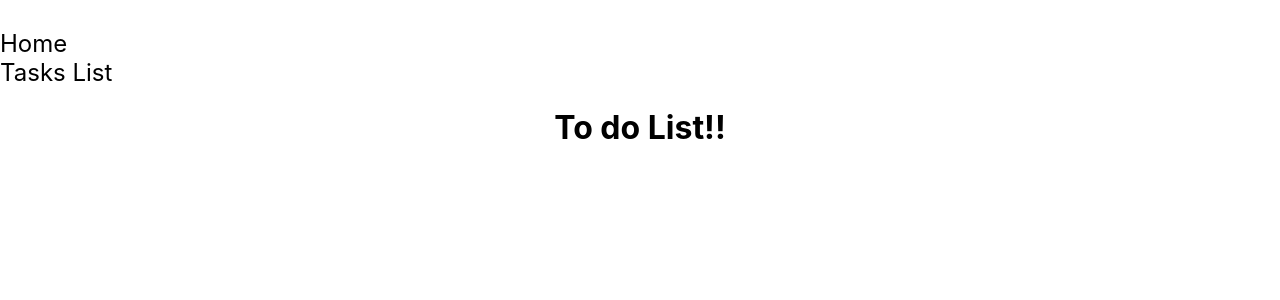
Repository: runner855/abstract_todolist
Page: /
An editor plug-in stored every save of this project. The page is shown before and after the next save, followed by the edit.
The browser window is 1280 px wide. The pictures show the whole page.
The project was rebuilt for these pictures with package versions that can differ from the ones it lists, and the page was loaded fresh each time.

Above is the page before, as saved 2022-11-08 15:19:33.

After the next save:
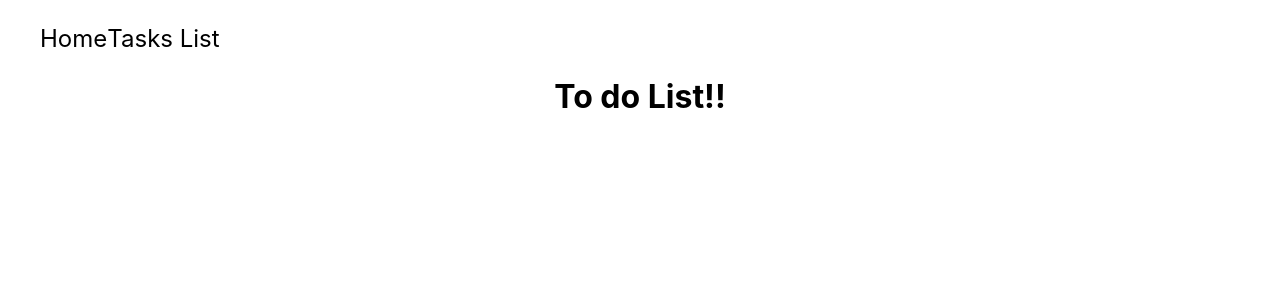
Saved 14 s later.
--- a/src/Header.css
+++ b/src/Header.css
@@ -2,5 +2,5 @@ ul{
    text-align: left;
    list-style: none;
    font-size: 1.5em;
-   display: inline;
+   display: flex;
 }
